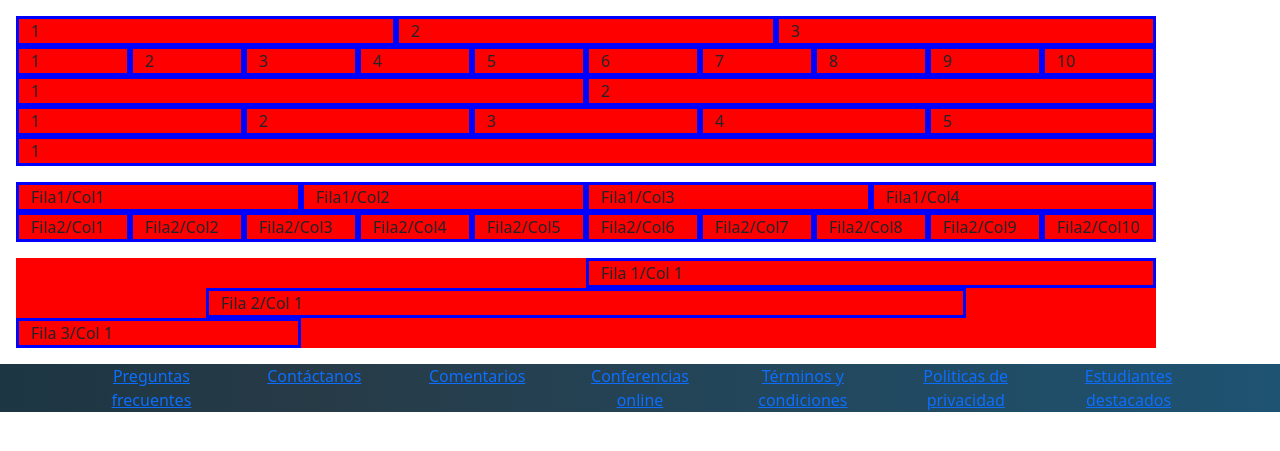
Repository: alexvl06/alexvl06.github.io
Page: index.html
These files come from the project's save history. The page is drawn as it stood at one moment and after the next save; the edit follows.
The browser window is 1280 px wide. The pictures show the whole page.

Above is the page before, as saved 2022-07-11 08:51:46.

### index.html
<!DOCTYPE html>
<html lang="en">
  <head>
    <meta charset="utf-8" />
    <meta name="viewport" content="width=device-width, initial-scale=1" />
    <title>Bootstrap demo</title>
    <link
      href="https://cdn.jsdelivr.net/npm/bootstrap@5.2.0-beta1/dist/css/bootstrap.min.css"
      rel="stylesheet"
      integrity="sha384-0evHe/X+R7YkIZDRvuzKMRqM+OrBnVFBL6DOitfPri4tjfHxaWutUpFmBp4vmVor"
      crossorigin="anonymous"
    />
    <link rel="stylesheet" href="index.css" />
  </head>
  <body>
    <div class="container m-3" style="background: red">
      <div class="row">
        <div class="col" style="border: solid blue">1</div>
        <div class="col" style="border: solid blue">2</div>
        <div class="col" style="border: solid blue">3</div>
      </div>
      <div class="row">
        <div class="col" style="border: solid blue">1</div>
        <div class="col" style="border: solid blue">2</div>
        <div class="col" style="border: solid blue">3</div>
        <div class="col" style="border: solid blue">4</div>
        <div class="col" style="border: solid blue">5</div>
        <div class="col" style="border: solid blue">6</div>
        <div class="col" style="border: solid blue">7</div>
        <div class="col" style="border: solid blue">8</div>
        <div class="col" style="border: solid blue">9</div>
        <div class="col" style="border: solid blue">10</div>
      </div>
      <div class="row">
        <div class="col" style="border: solid blue">1</div>
        <div class="col" style="border: solid blue">2</div>
      </div>
      <div class="row">
        <div class="col" style="border: solid blue">1</div>
        <div class="col" style="border: solid blue">2</div>
        <div class="col" style="border: solid blue">3</div>
        <div class="col" style="border: solid blue">4</div>
        <div class="col" style="border: solid blue">5</div>
      </div>
      <div class="row">
        <div class="col" style="border: solid blue">1</div>
      </div>
    </div>

    <div class="container m-3" style="background: red">
      <div class="row">
        <div class="col-6 col-md-3" style="border: solid blue">Fila1/Col1</div>
        <div class="col-6 col-md-3" style="border: solid blue">Fila1/Col2</div>
        <div class="col-6 col-md-3" style="border: solid blue">Fila1/Col3</div>
        <div class="col-6 col-md-3" style="border: solid blue">Fila1/Col4</div>
      </div>
      <div class="row">
        <div class="col-12 col-md-6 col-lg" style="border: solid blue">
          Fila2/Col1
        </div>
        <div class="col-12 col-md-6 col-lg" style="border: solid blue">
          Fila2/Col2
        </div>
        <div class="col-12 col-md-6 col-lg" style="border: solid blue">
          Fila2/Col3
        </div>
        <div class="col-12 col-md-6 col-lg" style="border: solid blue">
          Fila2/Col4
        </div>
        <div class="col-12 col-md-6 col-lg" style="border: solid blue">
          Fila2/Col5
        </div>
        <div class="col-12 col-md-6 col-lg" style="border: solid blue">
          Fila2/Col6
        </div>
        <div class="col-12 col-md-6 col-lg" style="border: solid blue">
          Fila2/Col7
        </div>
        <div class="col-12 col-md-6 col-lg" style="border: solid blue">
          Fila2/Col8
        </div>
        <div class="col-12 col-md-6 col-lg" style="border: solid blue">
          Fila2/Col9
        </div>
        <div class="col-12 col-md-6 col-lg" style="border: solid blue">
          Fila2/Col10
        </div>
      </div>
    </div>

    <div class="container m-3" style="background: red">
      <div class="row">
        <div class="col-12 col-md-6 offset-md-6" style="border: solid blue">
          Fila 1/Col 1
        </div>
      </div>
      <div class="row">
        <div class="col-8 offset-md-2" style="border: solid blue">
          Fila 2/Col 1
        </div>
      </div>
      <div class="row">
        <div class="col-3 offset-9 offset-md-0" style="border: solid blue">
          Fila 3/Col 1
        </div>
      </div>
    </div>

    <footer id="footer">
      <div class="container">
        <div class="row text-center">
          <div class="col-12 col-lg">
            <a href="#">Preguntas frecuentes</a>
          </div>
          <div class="col-12 col-lg">
            <a href="#">Contáctanos</a>
          </div>
          <div class="col-12 col-lg">
            <a href="#">Comentarios</a>
          </div>
          <div class="col-12 col-lg">
            <a href="#">Conferencias online</a>
          </div>
          <div class="col-12 col-lg">
            <a href="#">Términos y condiciones</a>
          </div>
          <div class="col-12 col-lg">
            <a href="#">Politicas de privacidad</a>
          </div>
          <div class="col-12 col-lg">
            <a href="#">Estudiantes destacados</a>
          </div>
        </div>
      </div>
    </footer>
    <script
      src="https://cdn.jsdelivr.net/npm/bootstrap@5.2.0-beta1/dist/js/bootstrap.bundle.min.js"
      integrity="sha384-pprn3073KE6tl6bjs2QrFaJGz5/SUsLqktiwsUTF55Jfv3qYSDhgCecCxMW52nD2"
      crossorigin="anonymous"
    ></script>
  </body>
</html>

### index.css
#footer{
  background: linear-gradient(90deg, #1c3643, #273b47 25%, #1e5372)
}

After the next save:
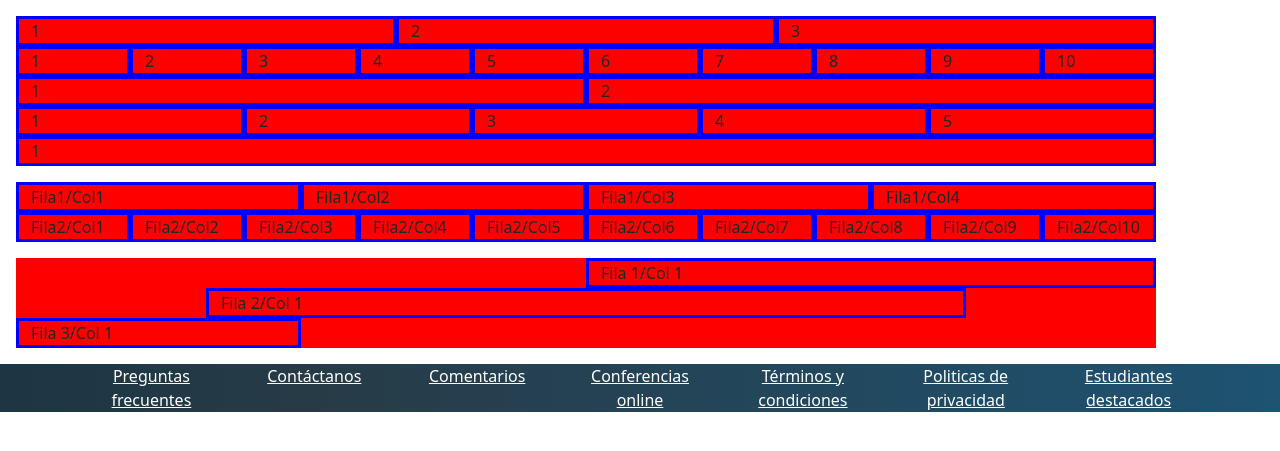
Saved 61 s later.
--- a/index.css
+++ b/index.css
@@ -1,3 +1,7 @@
-#footer{
+footer{
   background: linear-gradient(90deg, #1c3643, #273b47 25%, #1e5372)
 }
+
+footer a{
+  color: white;
+}
